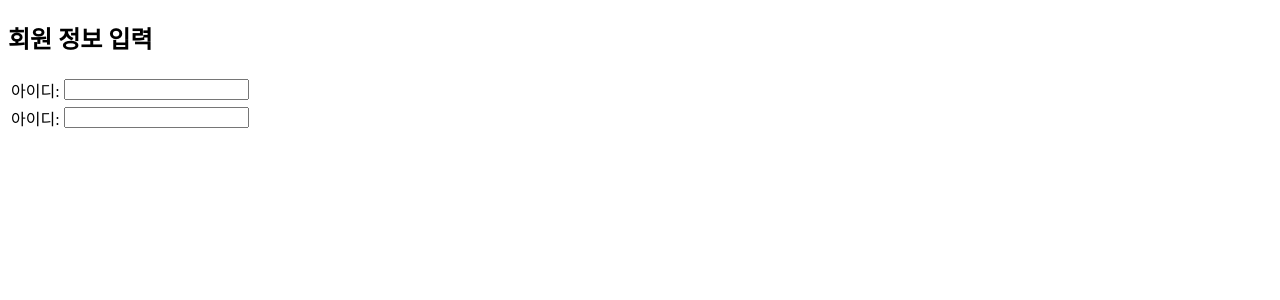
Repository: seminocoe/JSP_STUDY
Page: http://localhost/ServletProject/template/join.jsp
These files come from the project's save history. The page is drawn as it stood at one moment and after the next save; the edit follows.
The browser window is 1280 px wide. The pictures show the whole page.
The page is served by Tomcat 9. Nobody is signed in. The application's start-up code is not run. Other server files are loaded and not shown.

Above is the page before, as saved 2022-08-08 04:49:39.

### ServletProject/src/main/webapp/template/join.jsp
<%@ page language="java" contentType="text/html; charset=UTF-8"
    pageEncoding="UTF-8"%>
<!DOCTYPE html>
<html>
<head>
<meta charset="UTF-8">
<title></title>
</head>
<body>
<section id="formArea">
<h1>회원 정보 입력</h1>
<form action="joinChk.jsp" method="post">
<table>
	<tr>
		<td><label for="id">아이디:</label></td>
		<td><input type="text" name="id" id="id"></td>
	</tr>

	<tr>
		<td><label for="id">아이디:</label></td>
		<td><input type="text" name="id" id="id"></td>
	</tr>
</table>
</form>
</section>
</body>
</html>

After the next save:
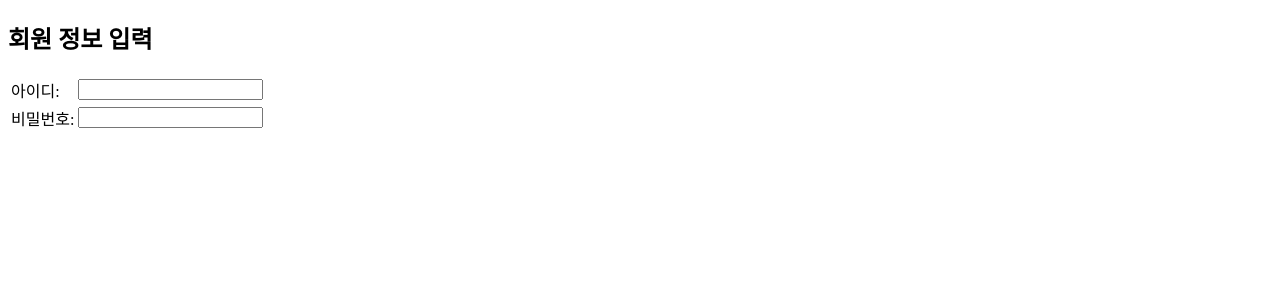
Saved 23 s later.
--- a/ServletProject/src/main/webapp/template/join.jsp
+++ b/ServletProject/src/main/webapp/template/join.jsp
@@ -17,8 +17,8 @@
 	</tr>
 
 	<tr>
-		<td><label for="id">아이디:</label></td>
-		<td><input type="text" name="id" id="id"></td>
+		<td><label for="pass">비밀번호:</label></td>
+		<td><input type="password" name="pass" id="pass"></td>
 	</tr>
 </table>
 </form>
